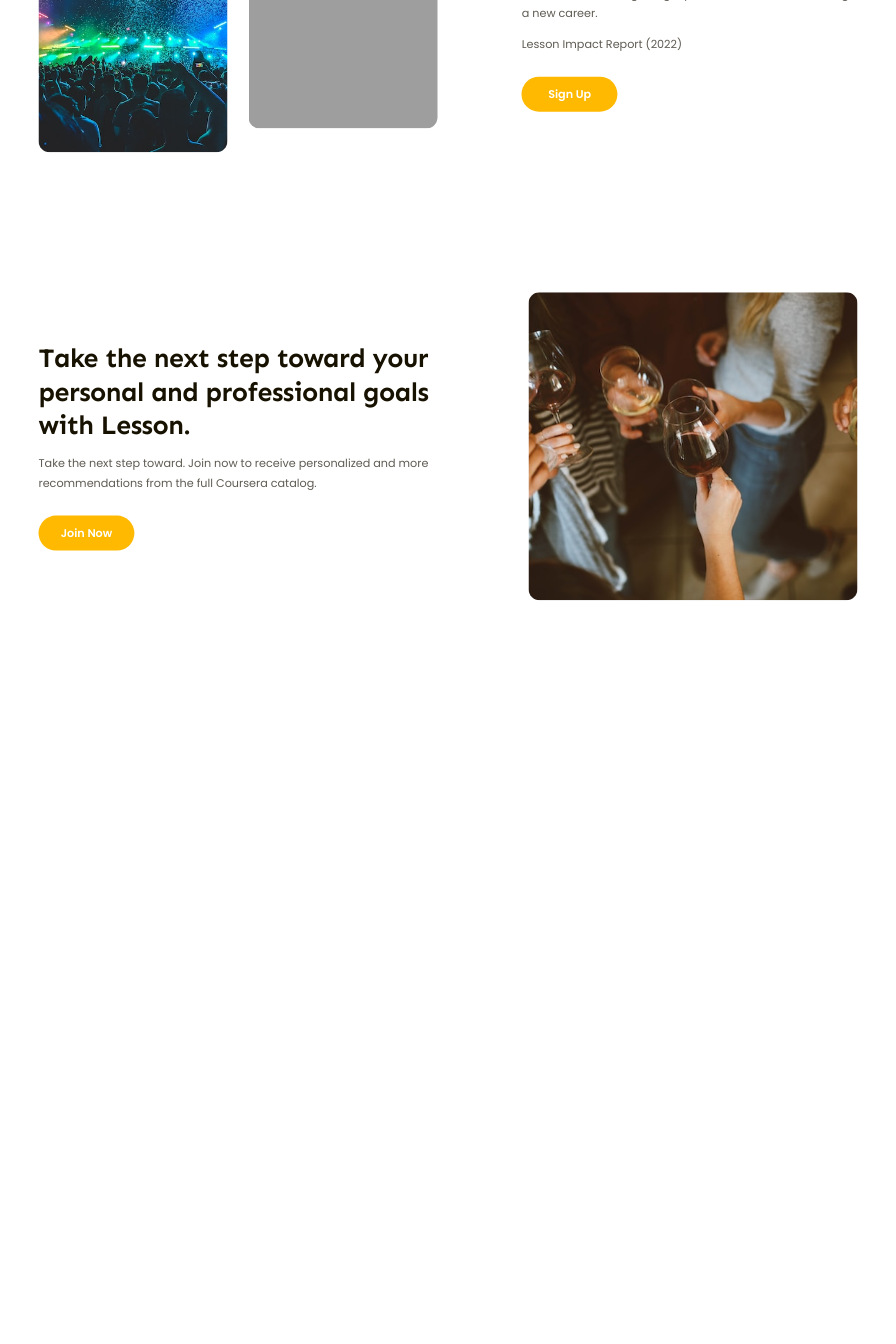
Repository: anhtien111198/f8-htmlcss-02
Page: index.html
These files come from the project's save history. The page is drawn as it stood at one moment and after the next save; the edit follows.
The browser window is 1280 px wide. The pictures show the part of the page from y = 2751 to 4671 px (the page is 5000 px tall), at 70% of full size.
Pictures or frames that could not be fetched are drawn as grey boxes. A picture or video elsewhere on the page could not be fetched, so the positions and the page height are approximate.

Above is the page before, as saved 2023-05-09 15:53:58.

After the next save:
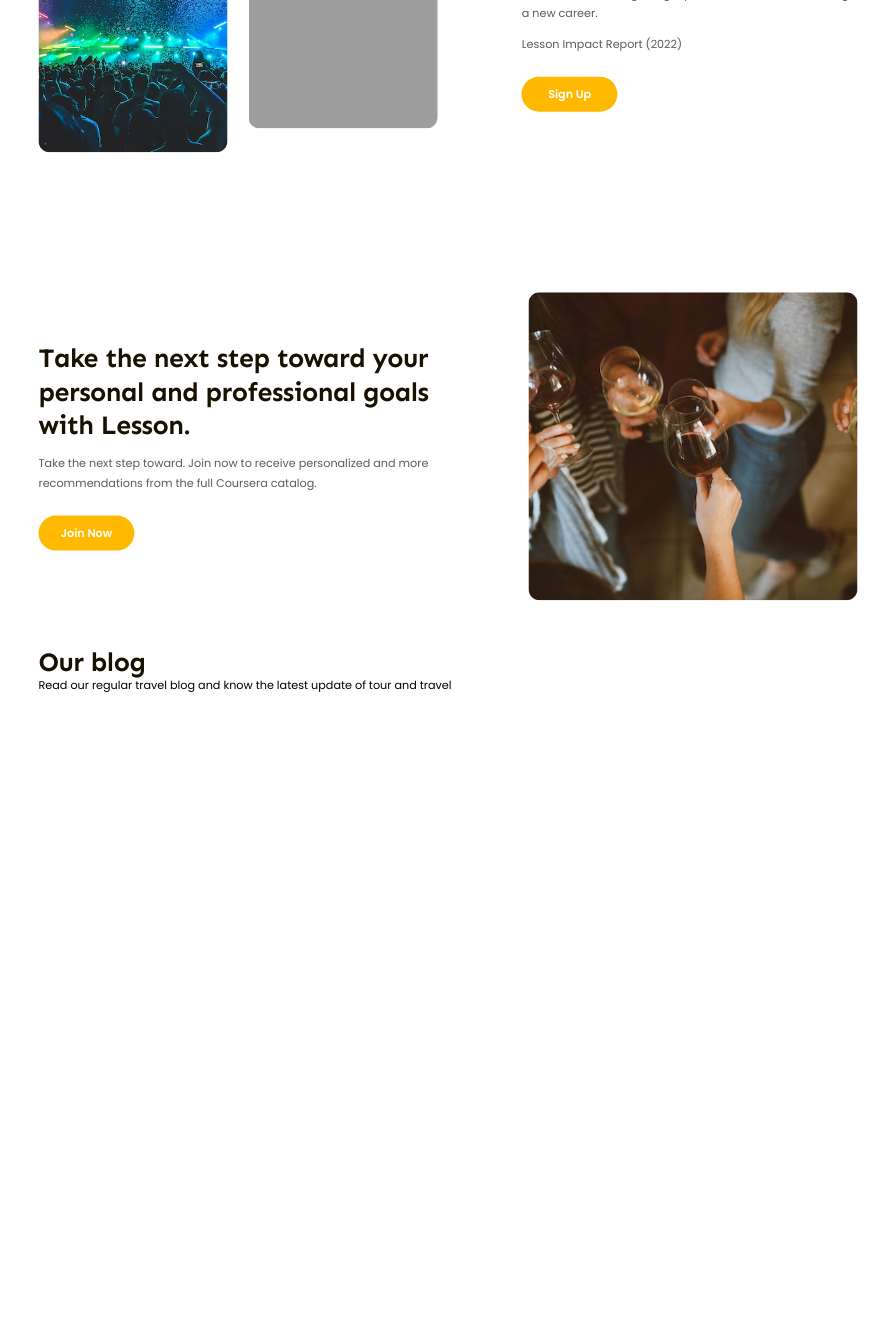
Saved 3 min 20 s later.
--- a/index.html
+++ b/index.html
@@ -460,6 +460,18 @@
                     </div>
                 </div>
             </div>
+            <!-- Blog -->
+            <div class="blog">
+                <div class="main-content">
+                    <div class="blog-top">
+                        <h2 class="heading lv2">Our blog</h2>
+                        <p class="desc">
+                            Read our regular travel blog and know the latest
+                            update of tour and travel
+                        </p>
+                    </div>
+                </div>
+            </div>
         </main>
     </body>
 </html>
